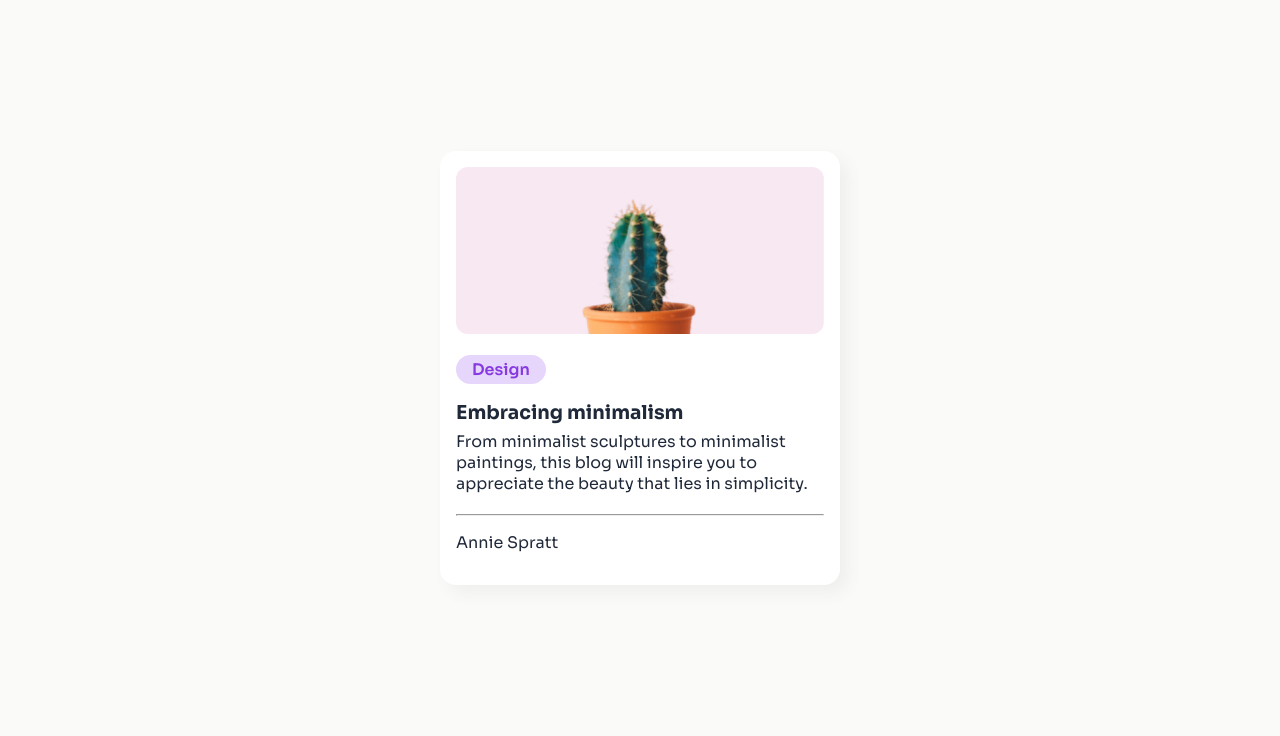
Repository: PCGP22/devChallengesio
Page: 01 - Minimal Blog Card/blogCard.html
An editor plug-in stored every save of this project. The page is shown before and after the next save, followed by the edit.
The browser window is 1280 px wide. The pictures show the whole page.

Above is the page before, as saved 2024-01-01 20:02:21.

After the next save:
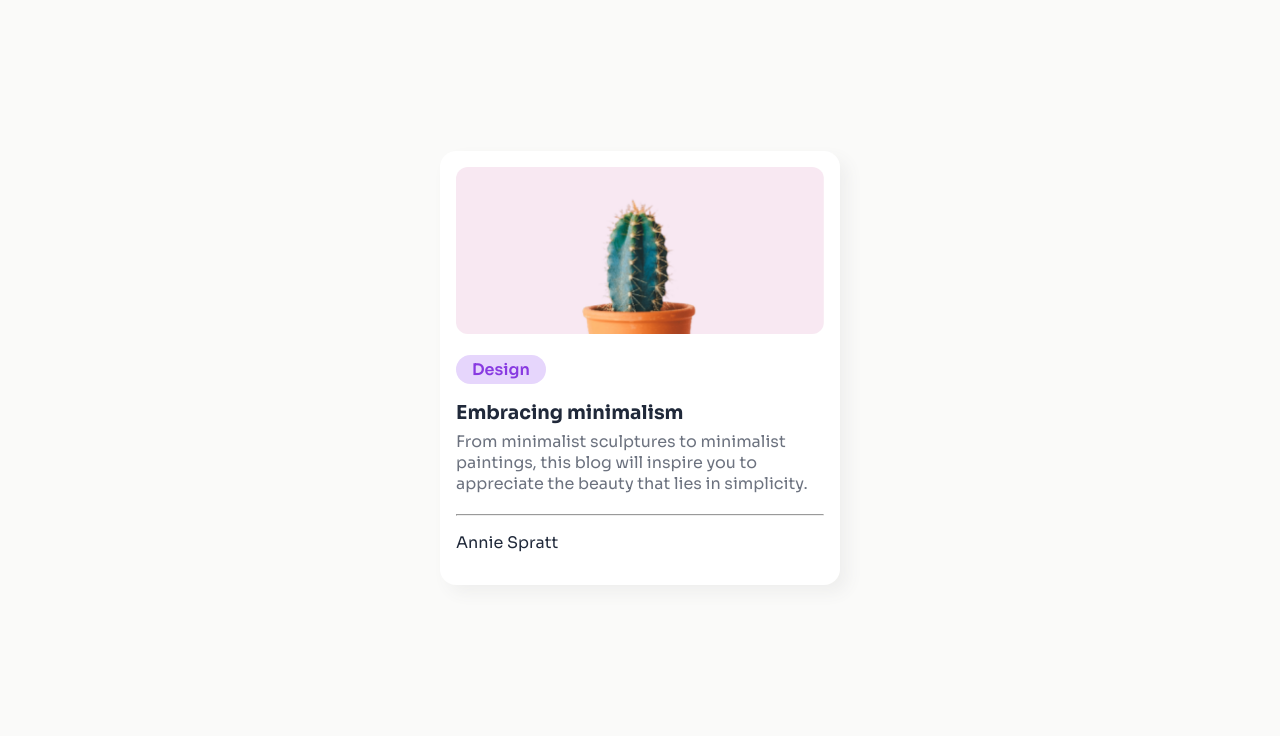
Saved 55 s later.
--- a/01 - Minimal Blog Card/styles.css
+++ b/01 - Minimal Blog Card/styles.css
@@ -55,4 +55,6 @@ h1{
 .text{
     margin-top: 0;
     margin-bottom: 20px;
+    color: var(--text_body);
+    font-weight: 400;
 }
